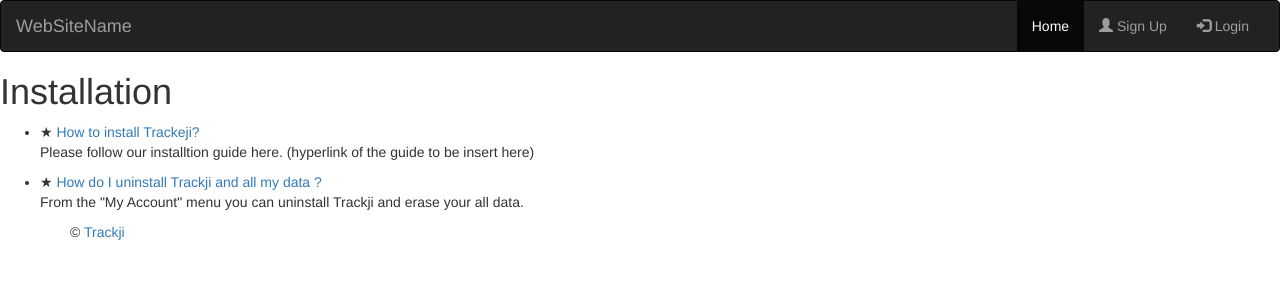
Repository: prathmeshgodbole/Web_Development
Page: Mobile_tracker/Installation.html
An editor plug-in stored every save of this project. The page is shown before and after the next save, followed by the edit.
The browser window is 1280 px wide. The pictures show the whole page.

Above is the page before, as saved 2020-03-08 17:55:11.

After the next save:
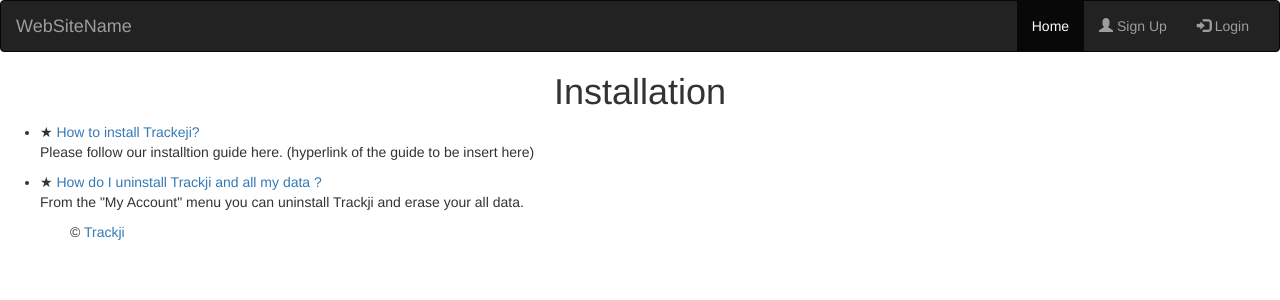
Saved 35 s later.
--- a/Mobile_tracker/css/installation.css
+++ b/Mobile_tracker/css/installation.css
@@ -2,3 +2,7 @@
     margin: 0%;
     padding: 0%;
 }
+
+.section-header h1 {
+    text-align: center;
+}
